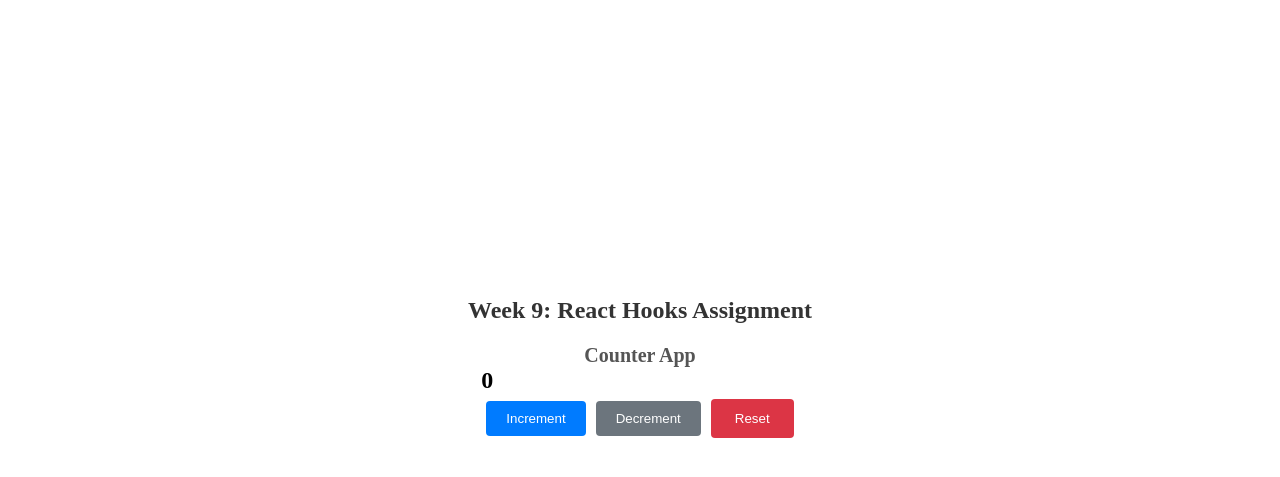
Repository: Daki-builds/REACT-HOOKS
Page: /
An editor plug-in stored every save of this project. The page is shown before and after the next save, followed by the edit.
The browser window is 1280 px wide. The pictures show the whole page.
The project was rebuilt for these pictures with package versions that can differ from the ones it lists, and the page was loaded fresh each time. Also part of the build but not shown: vite.config.js, src/index.css.

Above is the page before, as saved 2026-10-28 09:48:27.

After the next save:
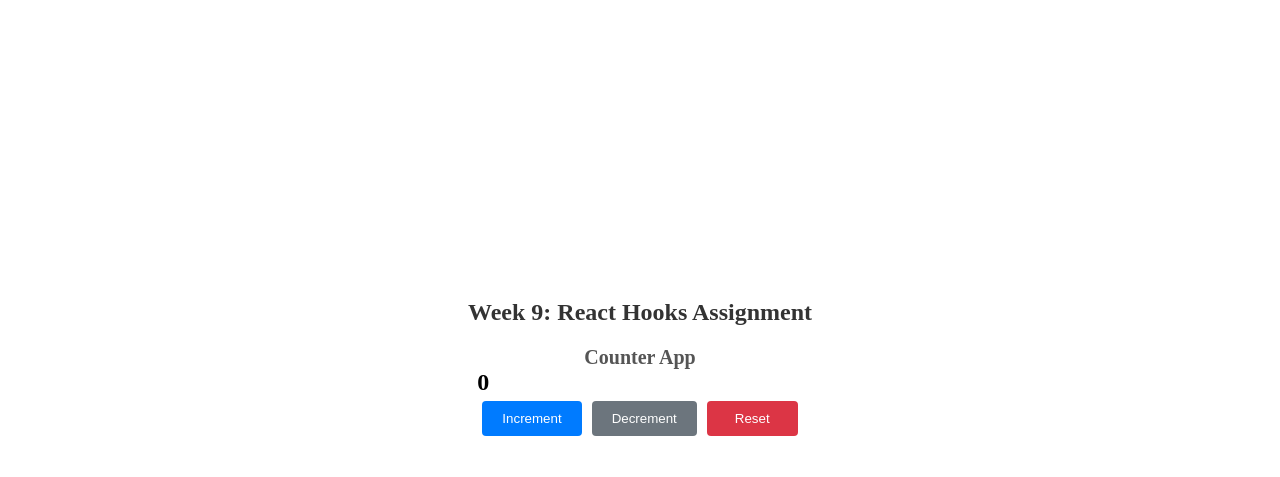
Saved 12 s later.
--- a/src/App.css
+++ b/src/App.css
@@ -48,7 +48,7 @@
   color: white;
   border: none;
   border-radius: 4px;
-  padding: 12px 24px;
+  padding: 10px 28px;
   margin: 5px;
   cursor: pointer;
 }
